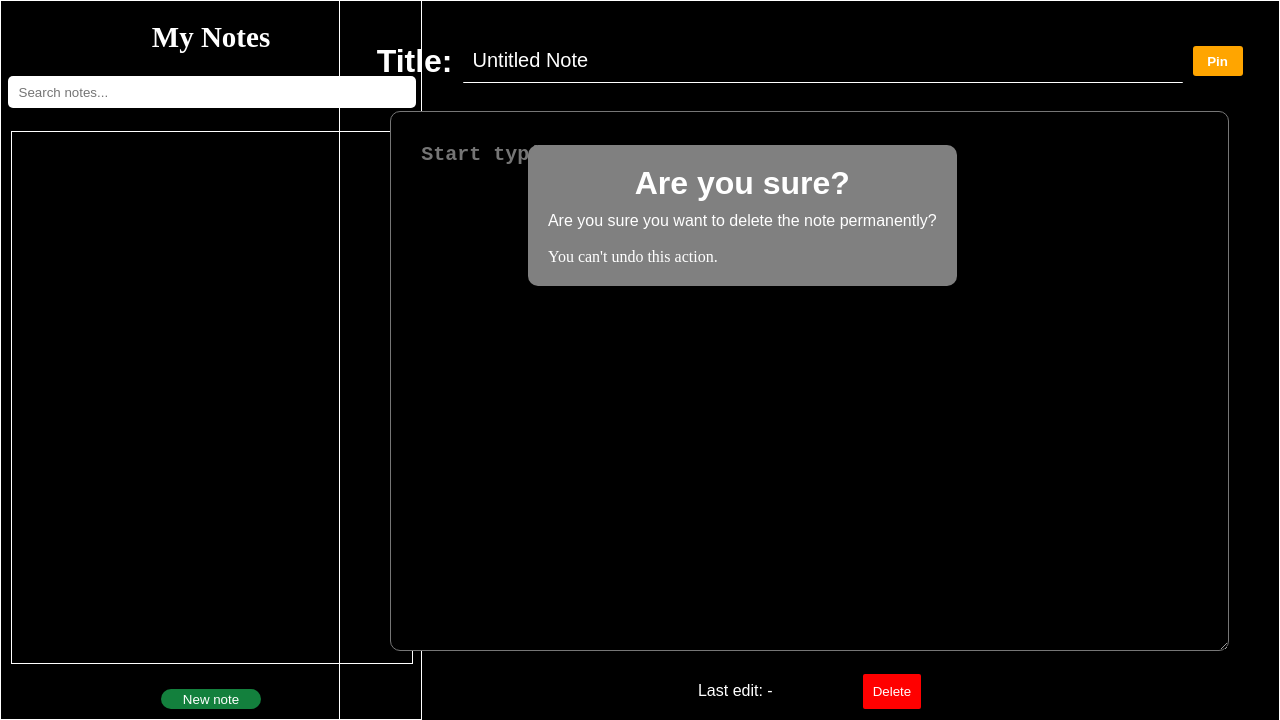
Repository: dmpelaez/myNotes
Page: QuickNotes.html
These files come from the project's save history. The page is drawn as it stood at one moment and after the next save; the edit follows.
The browser window is 1280 px wide. The pictures show the whole page.

Above is the page before, as saved 2025-12-18 21:58:51.

After the next save:
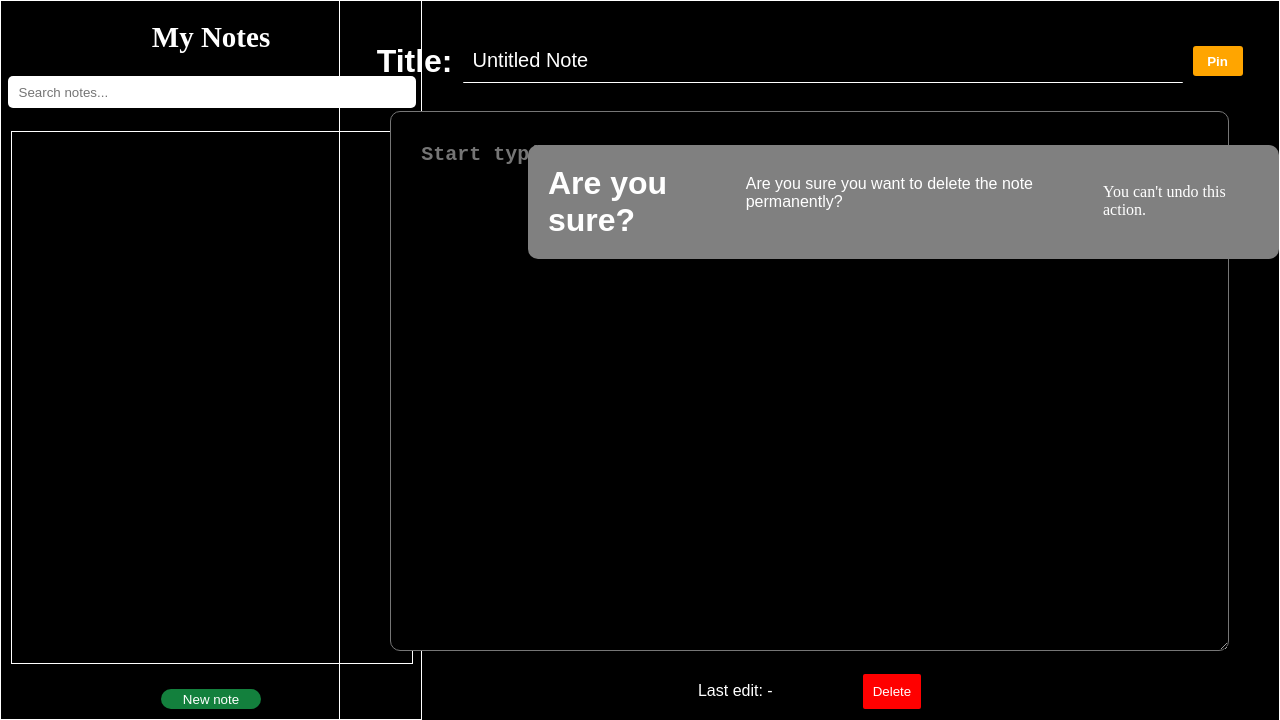
Saved 19 s later.
--- a/QuickNotes.css
+++ b/QuickNotes.css
@@ -174,6 +174,7 @@ body {
 }
 .modal-delete {
   padding: 20px;
+  display: flex;
 }
 h1 {
   display: flex;
@@ -184,5 +185,5 @@ h1 {
 .sure-text {
   margin: 0px;
   margin-top: 10px;
-    font-family: arial;
+  font-family: arial;
 }
